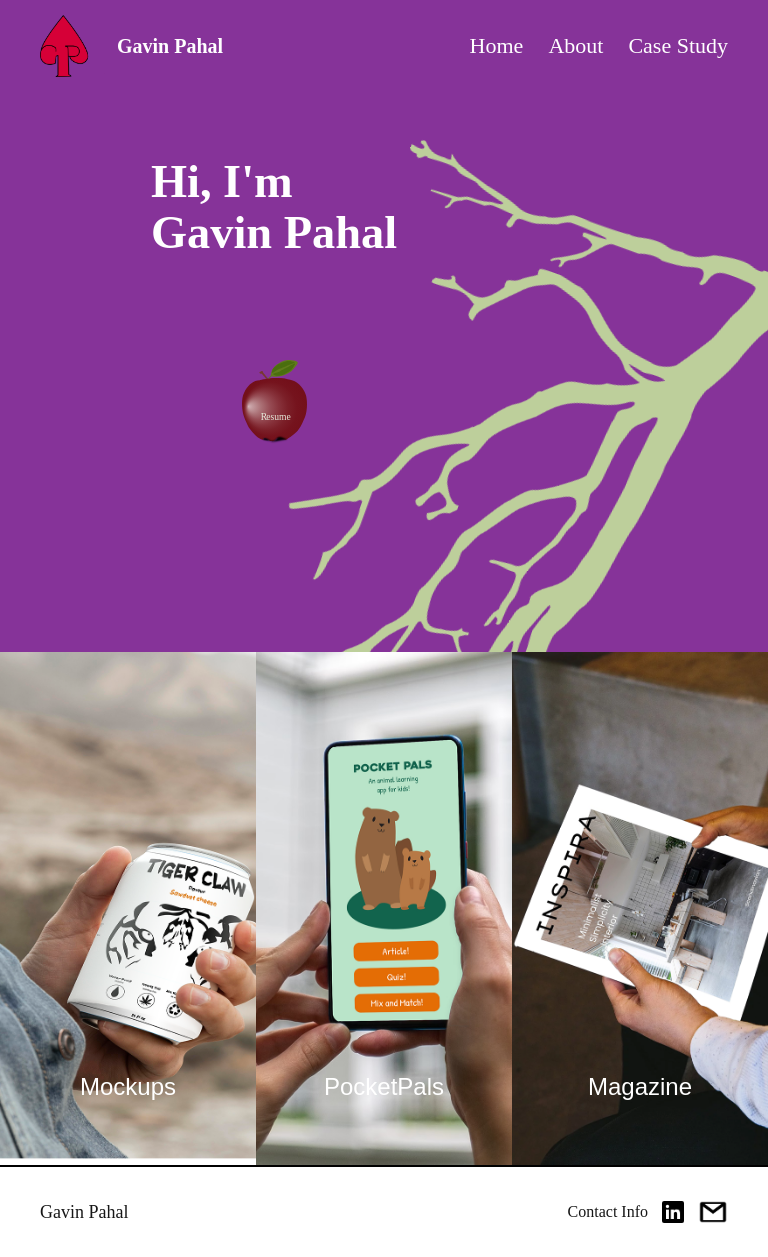
Repository: GavinPahal/portfolios
Page: /
The author's editor kept a copy of each file at every save. The page is drawn from the files as they stood at one save, then again after the next save.
The browser window is 768 px wide. The pictures show the whole page.
The project was rebuilt for these pictures with package versions that can differ from the ones it lists, and the page was loaded fresh each time. The framework's server and built-in components were replaced by stand-ins that run in the browser. Also part of the build but not shown: next.config.mjs, components/BackToTop/BackToTop.module.css.

Above is the page before, as saved 2025-02-22 16:19:13.

### pages/index.js
import NavBar from "../components/NavBar/NavBar";
import HeroSection from "../components/HeroSection/HeroSection";
import Projects from "../components/Projects/Projects";
import Footer from "../components/Footer/Footer";
import BackToTop from "../components/BackToTop/BackToTop";

const home = () => {
  return (
    <div>
      <NavBar />
      <HeroSection />
      <Projects />
      <BackToTop />
      <Footer />
    </div>
  );
};

export default home;

### components/NavBar/NavBar.js
import styles from "./NavBar.module.css";
import Link from "next/link";

const NavBar = () => {
  return (
    <nav className={styles.navbar}>
      <div className={styles.logoContainer}>
        <img src="/images/lgog.png" alt="Logo" className={styles.logo} />
        <span className={styles.name}>Gavin Pahal</span>
      </div>
      <ul className={styles.navLinks}>
        <li><Link href="/">Home</Link></li>
        <li><Link href="/AboutMe">About</Link></li>
        <li><Link href="/case-study">Case Study</Link></li>
      </ul>
    </nav>
  );
};

export default NavBar;

### components/HeroSection/HeroSection.js
import { useEffect, useState } from "react";
import styles from "./HeroSection.module.css";

const HeroSection = () => {
  const words = ["Hi, I'm", "Gavin Pahal"];
  const [displayText, setDisplayText] = useState(["", ""]);
  const [index, setIndex] = useState(0);
  const [line, setLine] = useState(0);
  const [showApple, setShowApple] = useState(false);

  useEffect(() => {
    if (line < words.length && index < words[line].length) {
      const timeout = setTimeout(() => {
        setDisplayText((prev) => {
          const updatedText = [...prev];
          updatedText[line] += words[line][index];
          return updatedText;
        });
        setIndex(index + 1);
      }, 100);

      return () => clearTimeout(timeout);
    } else if (line < words.length - 1) {
      setLine(line + 1);
      setIndex(0);
    }
  }, [index, line, words]);

  useEffect(() => {
    setTimeout(() => {
      setShowApple(true);
    }, 2000); // Delay apple growth after branch appears
  }, []);

  return (
    <header className={styles.hero}>
      <div className={styles.heroText}>
        <h1 className={styles.highlightedText}>
          {displayText[0]} <br /> {displayText[1]}
        </h1>
      </div>
      <img
        src="/images/branches.svg"
        alt="Decorative Branch"
        className={styles.branchImage}
      />
      {showApple && (
        <a href="/resume.pdf" target="_blank" rel="noopener noreferrer">
          <img
            src="/images/apple.svg" // Replace with correct apple path
            alt="Read Resume"
            className={styles.apple}
          />
        </a>
      )}
    </header>
  );
};

export default HeroSection;

### components/Projects/Projects.js
import { useState, useRef } from "react";
import { createPopper } from "@popperjs/core";
import styles from "./Projects.module.css";

const projects = [
  {
    title: "Mockups",
    image: "/images/Rectangle 65.png", // Update with actual image path
    link: "/can",
    description: "High-quality product mockups to showcase your designs.",
  },
  {
    title: "PocketPals",
    image: "/images/Rectangle 75.png", // Update with actual image path
    link: "/pocket-pals",
    description: "An animal learning app for kids.",
  },
  {
    title: "Magazine",
    image: "/images/Rectangle 65 (1).png", // Update with actual image path
    link: "/magazine",
    description: "Helping travelers with food allergies find safe meals.",
  },
];

const Projects = () => {
  const [visible, setVisible] = useState(null);
  const popperRef = useRef([]);
  const tooltipRef = useRef([]);

  const handleMouseEnter = (index) => {
    setVisible(index);
    createPopper(popperRef.current[index], tooltipRef.current[index], {
      placement: "top",
      modifiers: [{ name: "offset", options: { offset: [0, 10] } }],
    });
  };

  const handleMouseLeave = () => {
    setVisible(null);
  };

  return (
    <section className={styles.projects}>
      {projects.map((project, index) => (
        <a
          key={index}
          href={project.link}
          className={styles.project}
          ref={(el) => (popperRef.current[index] = el)}
          onMouseEnter={() => handleMouseEnter(index)}
          onMouseLeave={handleMouseLeave}
        >
          <img src={project.image} alt={project.title} className={styles.image} />
          <h3 className={styles.title}>{project.title}</h3>

          <div
            ref={(el) => (tooltipRef.current[index] = el)}
            className={`${styles.overlay} ${visible === index ? styles.show : ""}`}
          >
            <p>{project.description}</p>
          </div>
        </a>
      ))}
    </section>
  );
};

export default Projects;

### components/Footer/Footer.js
import styles from "./Footer.module.css";

const Footer = () => {
  return (
    <footer className={styles.footer}>
      <div className={styles.container}>
        <p className={styles.name}>Gavin Pahal</p>
        <div className={styles.contact}>
          <span>Contact Info</span>
          <div className={styles.icons}>
            <a href="www.linkedin.com/in/gavin-pahal" target="_blank" rel="noopener noreferrer">
              <img src="/images/LinkedIn (1).png" alt="LinkedIn" />
            </a>
            <a href="mailto:gavinpahal2003@gmail.com">
              <img src="/images/Gmail Logo (1).png" alt="Email" />
            </a>
          </div>
        </div>
      </div>
    </footer>
  );
};

export default Footer;

### components/BackToTop/BackToTop.js
import { useState, useEffect } from "react";
import styles from "./BackToTop.module.css";

const BackToTop = () => {
  const [showScroll, setShowScroll] = useState(false);

  useEffect(() => {
    const handleScroll = () => {
      setShowScroll(window.scrollY > 200);
    };

    window.addEventListener("scroll", handleScroll);
    return () => window.removeEventListener("scroll", handleScroll);
  }, []);

  const scrollToTop = () => {
    window.scrollTo({ top: 0, behavior: "smooth" });
  };

  return (
    showScroll && (
      <div className={styles.scrollContainer} onClick={scrollToTop}>
        <span className={styles.scrollText}>Back to Top</span>
        <div className={styles.underline}></div>
      </div>
    )
  );
};

export default BackToTop;

### components/NavBar/NavBar.module.css
.navbar {
  font-family: "philosopher", "bold";
  display: flex;
  justify-content: space-between;
  align-items: center;
  padding: 15px 40px; /* Slightly wider for 1440px screens */
  background: #863399;
  width: 100%;
}

.logoContainer {
  display: flex;
  align-items: center;
}

.logo {
  width: 65px; /* Slightly increased for visibility */
  margin-right: 12px;
}

.name {
  color: white;
  font-size: 20px; /* Increased for readability */
  font-weight: bold;
}

.navLinks {
  list-style: none;
  display: flex;
  gap: 25px; /* Better spacing for larger screens */
}

.navLinks li a {
  color: white;
  text-decoration: none;
  font-size: 22px; /* Slightly larger for visibility */
}

/* Responsive for smaller screens */
@media (max-width: 430px) {
  .navbar {
    padding: 8px 12px;
  }

  .logo {
    width: 35px;
    margin-right: 5px;
  }

  .name {
    font-size: 12px;
  }

  .navLinks {
    gap: 15px;
  }

  .navLinks li a {
    font-size: 12px;
  }
}

### components/HeroSection/HeroSection.module.css
.hero {
  position: relative;
  width: 100%;
  height: 120vh;
  background-color: rgba(134, 51, 153, 1);
  display: flex;
  flex-direction: column;
  align-items: center;
  justify-content: center;
  overflow: hidden;
}

.heroText h1 {
  font-family: "philosopher";
  margin-bottom: 300px;
  margin-right: 600px;
  color: rgb(255, 255, 255);
  font-size: 5.5rem;
  font-weight: bold;
  line-height: 1.2;
}

.branchImage {
  position: absolute;
  right: 40%;  /* Start from the right */
  top: -25%;    /* Move it higher */
  width: 85%;  /* Make it large and prominent */
  height: auto;
  transform: rotate(-70deg); /* Tilt from top right downward */
  transform-origin: top right; /* Ensure rotation is natural */
  animation: branchReveal 2s ease-in-out forwards;
}

/* Branch Animation */
@keyframes branchReveal {
  from {
    opacity: 0;
    transform: translateX(150px) rotate(-70deg);
  }
  to {
    opacity: 1;
    transform: translateX(0) rotate(-70deg);
  }
}


/* Apple Vector Styling */
.apple {
  position: absolute;
  top: 40%; /* Adjust to align with branch near "Pahal" */
  right: 48%; /* Fine-tune position for accurate placement */
  width: 80px; /* Adjust size */
  height: auto;
  opacity: 0;
  transform: scale(0);
  animation: growApple 1.5s ease-in-out 2s forwards;
  cursor: pointer;
}

/* Apple Growing Animation */
@keyframes growApple {
  from {
    opacity: 0;
    transform: scale(0);
  }
  to {
    opacity: 1;
    transform: scale(1);
  }
}

@media screen and (max-width: 768px) {
  .hero {
    height: 70vh;
    padding: 0 110px;
  }

  .heroText h1 {
    font-size: 2.9rem; /* Make text smaller for mobile */
    margin-bottom: 330px;
    margin-right: 220px; /* Center text */
    text-align: left;
    line-height: 1.1; /* Keep proportions */
    z-index: 1;
  }

  .branchImage {
   /* Shift closer to center */
    top: -15%; /* Adjust to keep it visible */
    width: 150%; /* Make branches significantly bigger */
    max-width: none; /* Prevent unwanted scaling limits */
    transform: rotate(-70deg);
  }


  .apple {
    top: 48%; /* Keep apple aligned with branch */
    right: 60%; /* Fine-tune placement */
    width: 65px; /* Adjust apple size */
  }
}

### components/Projects/Projects.module.css
.projects {
    display: flex;
    justify-content: center;
  }

  .project {
    position: relative;
    text-align: center;
    color: white;
    max-width: 450px;
    overflow: hidden;
  }

  .image {
    width: 100%;
    height: 100%;
    transition: transform 0.3s ease-in-out;
  }

  .project:hover .image {
    transform: scale(1.05);
  }

  .title {
    position: absolute;
    bottom: 60px;
    left: 50%;
    transform: translateX(-50%);
    font-size: 1.5rem;
  }


  .overlay {
    position: absolute;
    bottom: 100%;
    left: 50%;
    transform: translateX(-50%);
    background: rgba(0, 0, 0, 0.8);
    color: white;
    padding: 10px;
    font-size: 0.9rem;
    width: 200px;
    text-align: center;
    opacity: 0;
    transition: opacity 0.3s ease-in-out;
    pointer-events: none;
  }

  .show {
    opacity: 1;
  }

### components/Footer/Footer.module.css
.footer {
  text-align: center;
  padding: 30px 20px;
  border-top: 2px solid black;
  position: relative;
  display: flex;
  justify-content: space-between;
  align-items: center;
}

.container {
  width: 100%;
  display: flex;
  justify-content: space-between;
  align-items: center;
}

.name {
  font-family: "philosopher", "bold";
  font-size: 18px;
  margin: 0; /* Aligns with the top border */
  padding-left: 20px; /* Adds some spacing from the left */
}

.contact {
  font-family: "philosopher", "bold";
  font-size: 16px;
  display: flex;
  align-items: center;
  padding-right: 20px; /* Adds some spacing from the right */
}

.icons {
  display: flex;
  gap: 10px; /* Ensures equal spacing between icons */
  margin-left: 10px; /* Adds spacing between text and icons */
}

.icons img {
  width: 30px;
}

Loaded but not shown: pages/_app.js (common file); pages/_document.js (common file); styles/globals.css (common file); tailwind.config.mjs (common file)

After the next save:
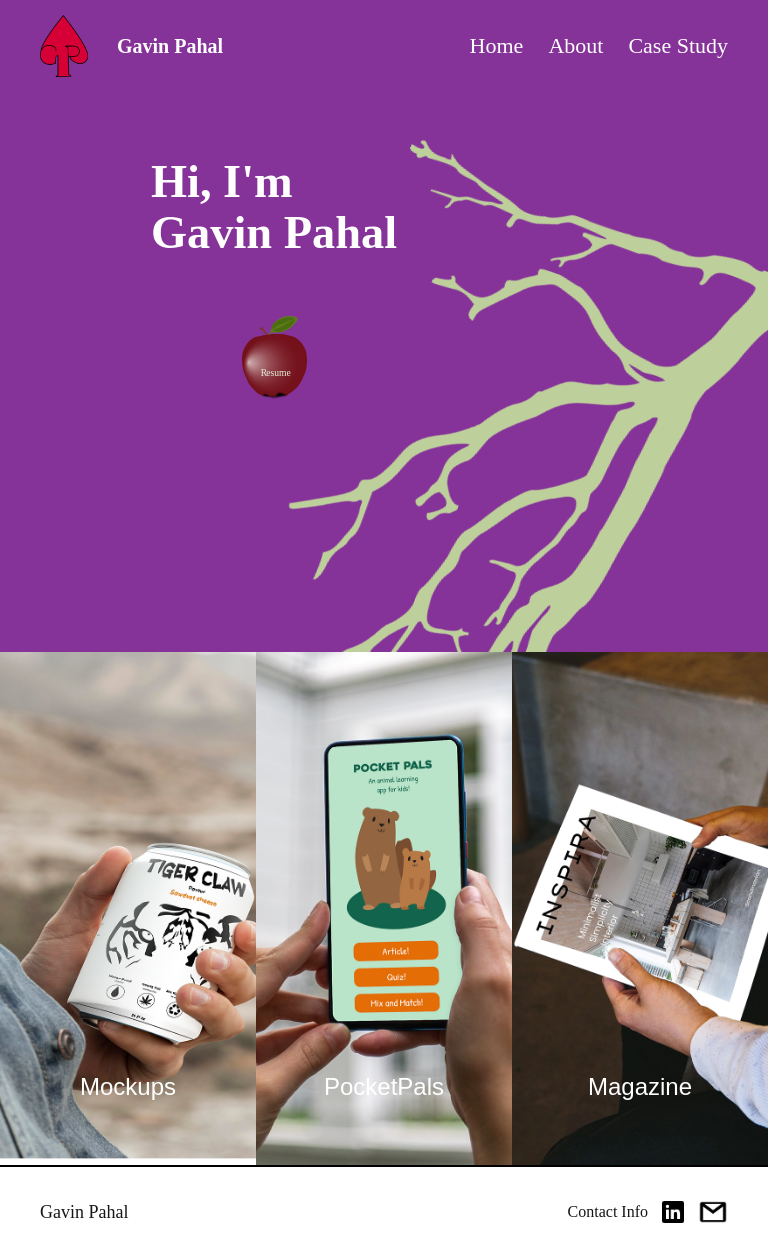
Saved 12 s later.
--- a/components/HeroSection/HeroSection.module.css
+++ b/components/HeroSection/HeroSection.module.css
@@ -94,7 +94,7 @@
 
 
   .apple {
-    top: 48%; /* Keep apple aligned with branch */
+    top: 40%; /* Keep apple aligned with branch */
     right: 60%; /* Fine-tune placement */
     width: 65px; /* Adjust apple size */
   }
